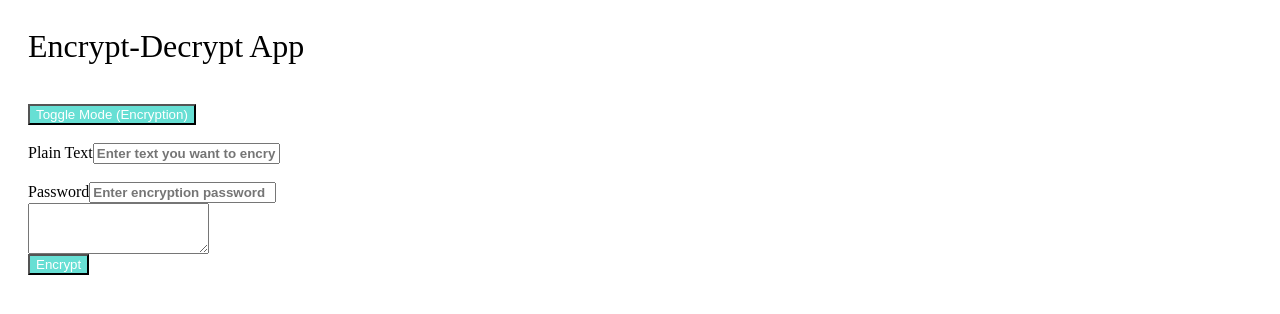
Repository: beardbytes/EncDecrypt
Page: / (app in EncryptDecrypt/)
These files come from the project's save history. The page is drawn as it stood at one moment and after the next save; the edit follows.
The browser window is 1280 px wide. The pictures show the whole page.
The project was rebuilt for these pictures with package versions that can differ from the ones it lists, and the page was loaded fresh each time. Also part of the build but not shown: EncryptDecrypt/angular.json.

Above is the page before, as saved 2020-08-15 15:46:47.

### EncryptDecrypt/src/index.html
<html>
  <head>
    <title>Demo AES App</title>
  </head>
  <body>
  <my-app>loading</my-app>
  </body>
</html>

### EncryptDecrypt/src/styles.css
/* Add application styles & imports to this file! */
body{
    padding: 20px;
  }
  /* You can add global styles to this file, and also import other style files */
.form-group>input{
  font-weight: bolder;
}
.form-group>label{
  font-weight: lighter;
}

button[type="button"]{
  background-color: #67dfd4;
  color: #fff;

}
.jumbotron{
  background-color: #fff;
  padding-top: 32px;
}

table tr:hover{
  cursor: pointer;
}

input.ng-touched.ng-invalid{
  border-color: #dc3545;
}
div.validation-error{
  width: 100%;
  margin-top: .25rem;
  font-size: 80%;
  color: #dc3545;
}
@import '~bootstrap/dist/css/bootstrap.min.css';

### EncryptDecrypt/src/polyfills.ts
/**
 * This file includes polyfills needed by Angular and is loaded before the app.
 * You can add your own extra polyfills to this file.
 *
 * This file is divided into 2 sections:
 *   1. Browser polyfills. These are applied before loading ZoneJS and are sorted by browsers.
 *   2. Application imports. Files imported after ZoneJS that should be loaded before your main
 *      file.
 *
 * The current setup is for so-called "evergreen" browsers; the last versions of browsers that
 * automatically update themselves. This includes Safari >= 10, Chrome >= 55 (including Opera),
 * Edge >= 13 on the desktop, and iOS 10 and Chrome on mobile.
 *
 * Learn more in https://angular.io/docs/ts/latest/guide/browser-support.html
 */

/***************************************************************************************************
 * BROWSER POLYFILLS
 */

/** IE9, IE10 and IE11 requires all of the following polyfills. **/
// import 'core-js/es6/symbol';
// import 'core-js/es6/object';
// import 'core-js/es6/function';
// import 'core-js/es6/parse-int';
// import 'core-js/es6/parse-float';
// import 'core-js/es6/number';
// import 'core-js/es6/math';
// import 'core-js/es6/string';
// import 'core-js/es6/date';
// import 'core-js/es6/array';
// import 'core-js/es6/regexp';
// import 'core-js/es6/map';
// import 'core-js/es6/set';

/** IE10 and IE11 requires the following for NgClass support on SVG elements */
// import 'classlist.js';  // Run `npm install --save classlist.js`.

/** IE10 and IE11 requires the following to support `@angular/animation`. */
// import 'web-animations-js';  // Run `npm install --save web-animations-js`.


/** Evergreen browsers require these. **/

/** ALL Firefox browsers require the following to support `@angular/animation`. **/
// import 'web-animations-js';  // Run `npm install --save web-animations-js`.



/***************************************************************************************************
 * Zone JS is required by Angular itself.
 */
import 'zone.js/dist/zone';  // Included with Angular CLI.


/***************************************************************************************************
 * APPLICATION IMPORTS
 */

/**
 * Date, currency, decimal and percent pipes.
 * Needed for: All but Chrome, Firefox, Edge, IE11 and Safari 10
 */
// import 'intl';  // Run `npm install --save intl`.

### EncryptDecrypt/src/app/app.component.ts
import { Component } from '@angular/core';
import * as CryptoJS from 'crypto-js';

@Component({
  selector: 'my-app',
  templateUrl: './app.component.html',
  styleUrls: ['./app.component.css']
})
export class AppComponent {
  encryptMode: boolean;
  textToConvert: string;
  password: string;
  conversionOutput: string;

  constructor() {
    this.encryptMode = true;
  }

  changeMode() {
    this.encryptMode = this.encryptMode ? false : true;
    this.textToConvert = "";
  }

  convertText() {
    if (this.textToConvert.trim() === "" || this.password.trim() === "") {
      this.conversionOutput = "Please fill the textboxes."
      return;
    }
    else {
      if (this.encryptMode) {
        this.conversionOutput = CryptoJS.AES.encrypt(this.textToConvert.trim(), this.password.trim()).toString();
      }
      else {
        this.conversionOutput = CryptoJS.AES.decrypt(this.textToConvert.trim(), this.password.trim()).toString(CryptoJS.enc.Utf8);
      }
    }
  }
}

### EncryptDecrypt/src/app/app.component.html
<h1 class="text-center">Encrypt-Decrypt App</h1>

<br>

<button
        type="button"
        class="btn btn-primary btn-lg btn-block"
        (click)="changeMode()">

        Toggle Mode ({{ encryptMode ? "Encryption" : "Decryption" }})

</button>

<br>
<br>

<div class="form-group">
  <label for="txtTextToConvert">{{ encryptMode ? "Plain" : "Encrypted" }} Text</label>
  <input
          type="text"
          class="form-control"
          id="txtTextToConvert"
          placeholder="Enter text you want to {{ encryptMode ? 'encrypt' : 'decrypt' }}"
          [(ngModel)]="textToConvert"
  >
</div>
<br>

<div class="form-group">
  <label for="txtPassword">Password</label>
  <input
          type="password"
          class="form-control"
          id="txtPassword"
          placeholder="Enter {{ encryptMode ? 'encryption' : 'decryption' }} password"
          [(ngModel)]="password"
  >
</div>

<textarea class="form-control" readonly rows="3">{{conversionOutput}}</textarea>

<br>

<button type="button" class="btn btn-success" (click)="convertText()">{{ encryptMode ? "Encrypt" : "Decrypt" }}</button>

### EncryptDecrypt/src/app/app.component.css
p {
    font-family: Lato;
    font-weight: normal;
  }
h1 {
    font-weight: normal; }

Loaded but not shown: EncryptDecrypt/src/main.ts (common file); EncryptDecrypt/src/app/app.module.ts (common file)

After the next save:
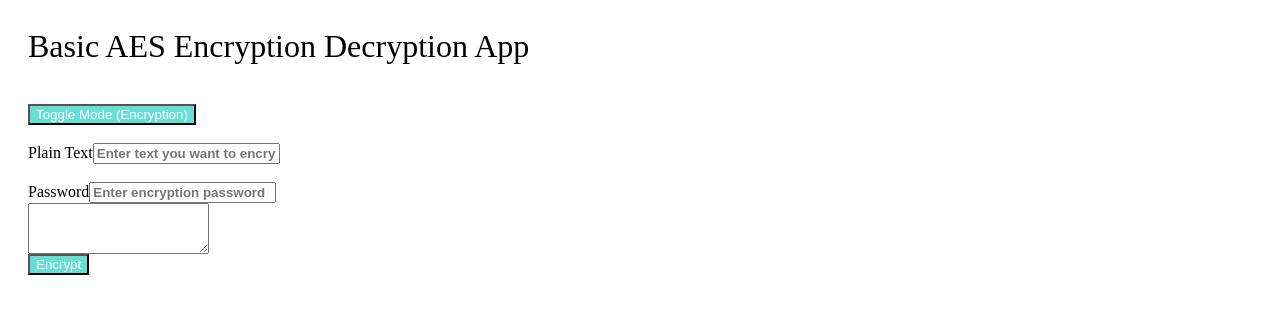
Saved 54 s later.
--- a/EncryptDecrypt/src/app/app.component.html
+++ b/EncryptDecrypt/src/app/app.component.html
@@ -1,4 +1,4 @@
-<h1 class="text-center">Encrypt-Decrypt App</h1>
+<h1 class="text-center">Basic AES Encryption Decryption App</h1>
 
 <br>
 
